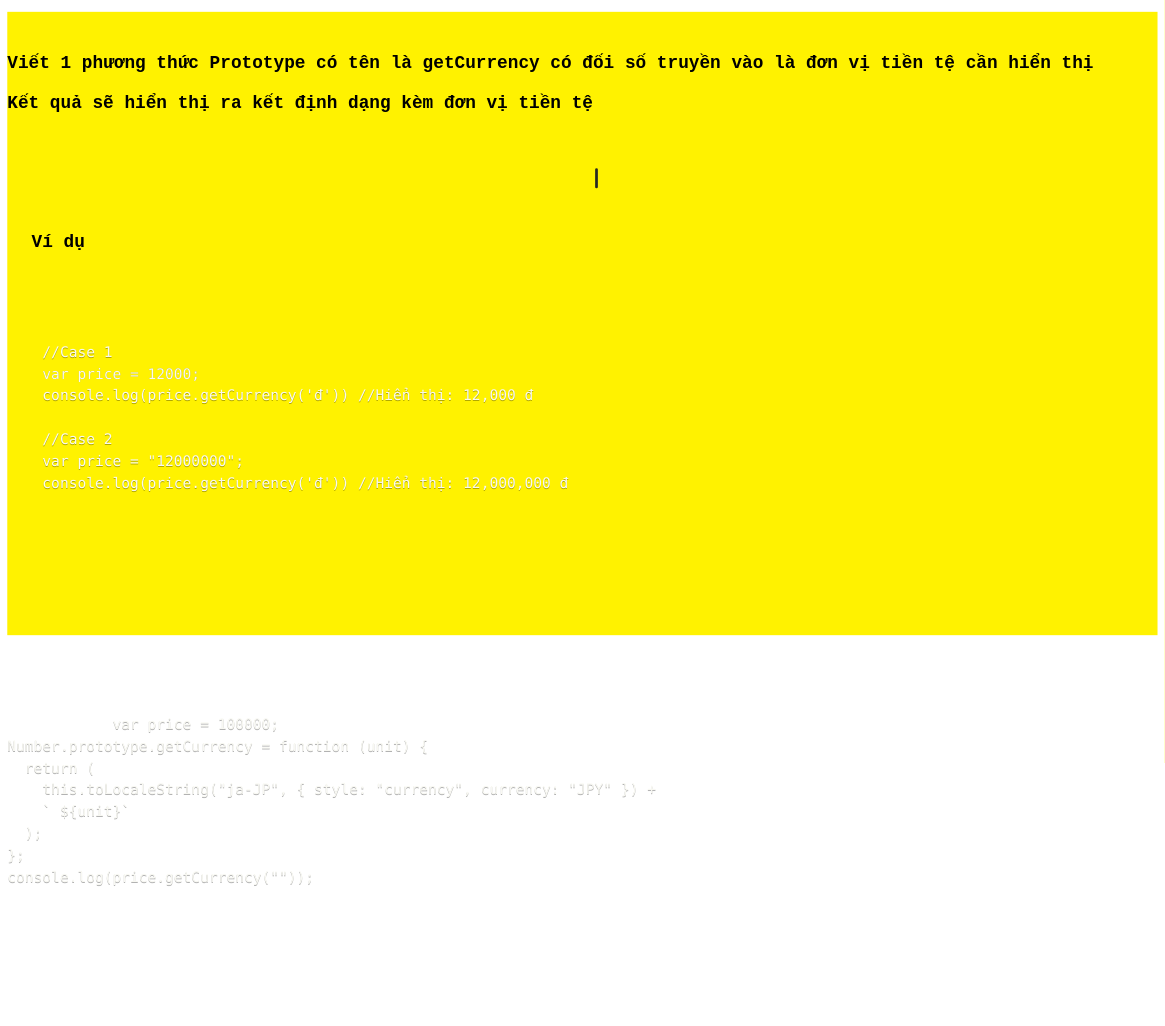
Repository: Dongnguyen318/Quydong
Page: Day 22.1/ex02.html
An editor plug-in stored every save of this project. The page is shown before and after the next save, followed by the edit.
The browser window is 1280 px wide. The pictures show the whole page, at 91% of full size.

Above is the page before, as saved 2023-09-05 23:05:48.

### Day 22.1/ex02.html
<!DOCTYPE html>
<html lang="en">
  <head>
    <meta charset="UTF-8" />
    <meta name="viewport" content="width=device-width, initial-scale=1.0" />
    <title>Document</title>
    <link
      rel="stylesheet"
      href="https://cdn.jsdelivr.net/npm/prismjs@1.29.0/themes/prism-okaidia.min.css"
    />
    <script src="./js/2.js"></script>
  </head>
  <body>
    <pre style="background-color: rgb(255, 242, 0)">
        <code >
            <h2>Viết 1 phương thức Prototype có tên là getCurrency có đối số truyền vào là đơn vị tiền tệ cần hiển thị

Kết quả sẽ hiển thị ra kết định dạng kèm đơn vị tiền tệ</h2>
<p style="text-align: center;">
    <code class="language-js">
    </code>
    <h2 style="padding: 15px;" > Ví dụ</h2>
    <pre>
        <code class="language-js" >
    //Case 1
    var price = 12000;
    console.log(price.getCurrency('đ')) //Hiển thị: 12,000 đ

    //Case 2
    var price = "12000000";
    console.log(price.getCurrency('đ')) //Hiển thị: 12,000,000 đ
        </code>
    </pre>


</p>
        </code>
    </pre>
    <br />
    <br />
    <pre>
        <code class="language-js">
            var price = 100000;
Number.prototype.getCurrency = function (unit) {
  return (
    this.toLocaleString("ja-JP", { style: "currency", currency: "JPY" }) +
    ` ${unit}`
  );
};
console.log(price.getCurrency(""));




        </code>
    </pre>
    <script src="https://cdn.jsdelivr.net/npm/prismjs@1.29.0/components/prism-core.min.js"></script>
    <script src="https://cdn.jsdelivr.net/npm/prismjs@1.29.0/plugins/autoloader/prism-autoloader.min.js"></script>
  </body>
</html>

### Day 22.1/js/2.js
var price = 100000;
Number.prototype.getCurrency = function (unit) {
  return (
    this.toLocaleString("ja-JP", { style: "currency", currency: "JPY" }) +
    ` ${unit}`
  );
};
console.log(price.getCurrency(""));

After the next save:
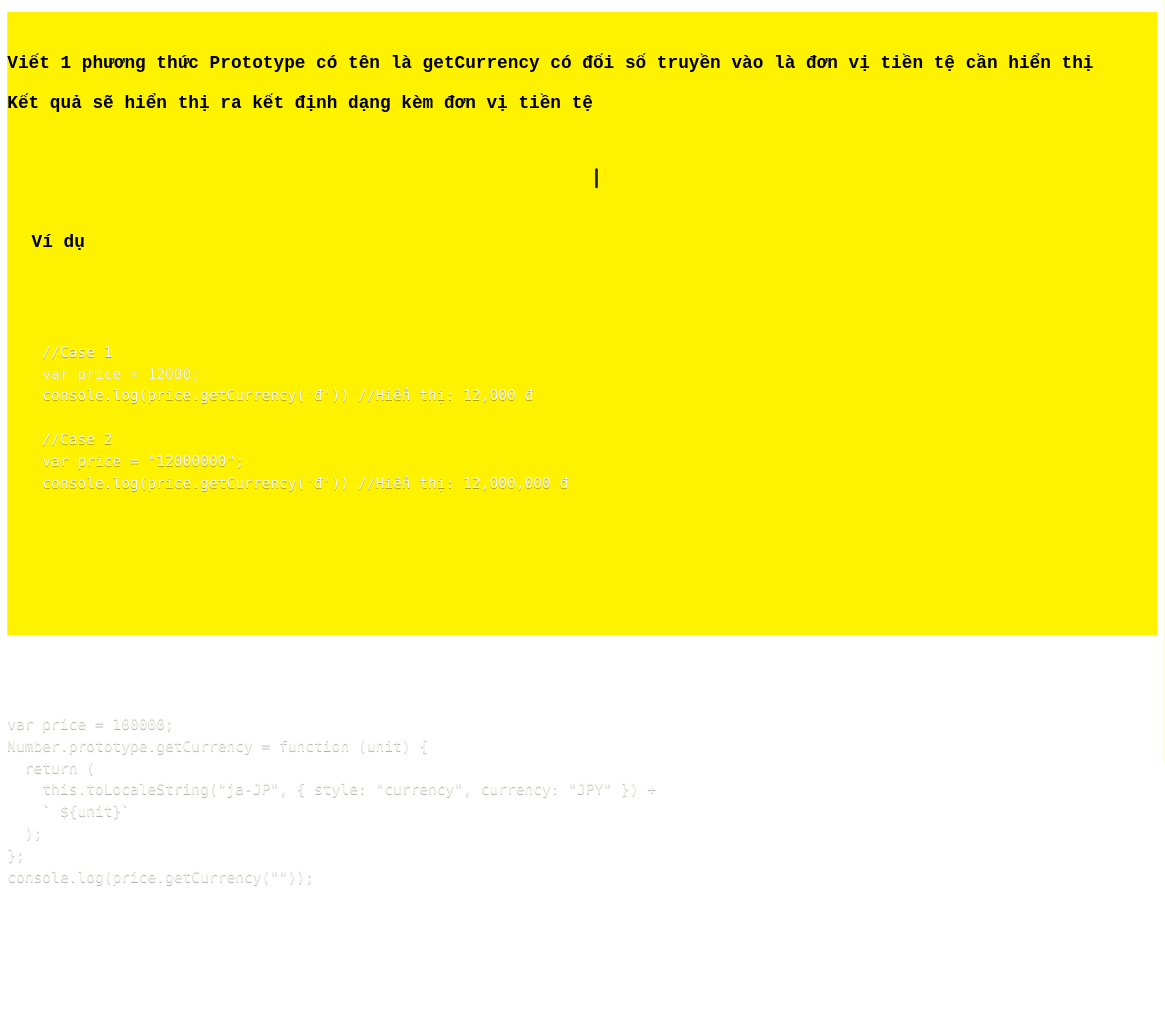
Saved 5 s later.
--- a/Day 22.1/ex02.html
+++ b/Day 22.1/ex02.html
@@ -40,7 +40,7 @@ Kết quả sẽ hiển thị ra kết định dạng kèm đơn vị tiền t
     <br />
     <pre>
         <code class="language-js">
-            var price = 100000;
+var price = 100000;
 Number.prototype.getCurrency = function (unit) {
   return (
     this.toLocaleString("ja-JP", { style: "currency", currency: "JPY" }) +
